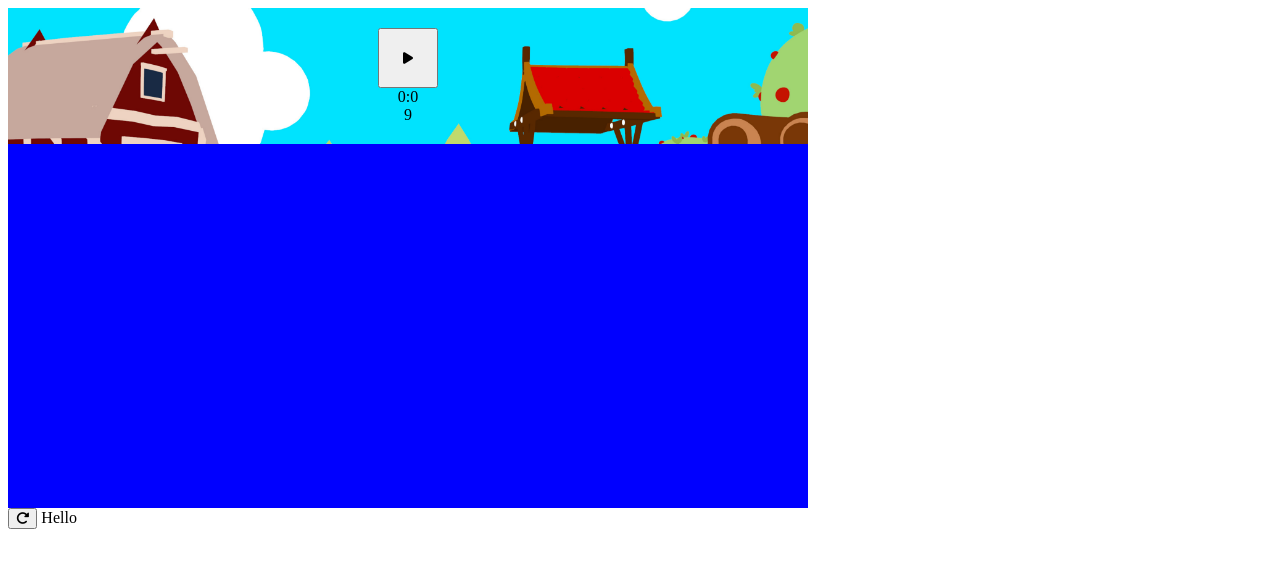
Repository: yoon-dh/JS_Prac
Page: carrot_game/index.html
These files come from the project's save history. The page is drawn as it stood at one moment and after the next save; the edit follows.
The browser window is 1280 px wide. The pictures show the whole page.
Some web libraries are served in a nearby version.

Above is the page before, as saved 2023-06-23 21:46:43.

After the next save:
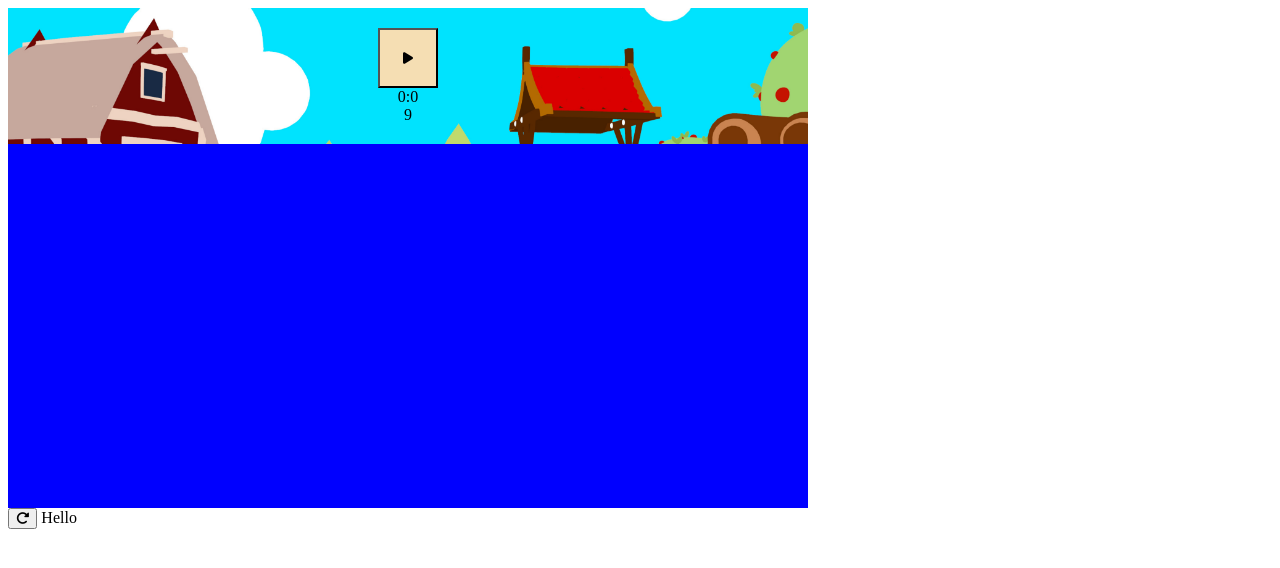
Saved 7 s later.
--- a/carrot_game/style.css
+++ b/carrot_game/style.css
@@ -16,6 +16,7 @@
 .game__button {
   width: 60px;
   height: 60px;
+  background-color: wheat;
 }
 
 .game__field {
